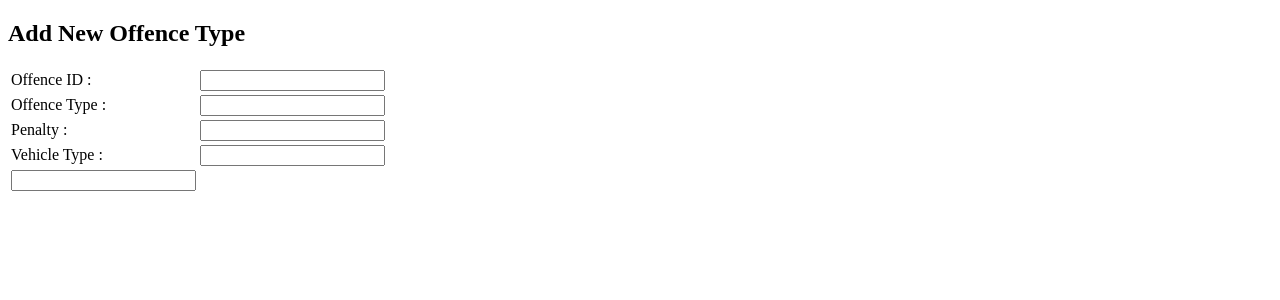
Repository: saurabhaahujaa/learning-java-springboot
Page: Hibernate-Spring-RESTFul-SpringBoot-Microservices/Workspace/Day-3-Spring-Restful-Workspace/SpringWS/Lesson06-UI-Spring-ORM/WebContent/AddNewOffenceType.html
An editor plug-in stored every save of this project. The page is shown before and after the next save, followed by the edit.
The browser window is 1280 px wide. The pictures show the whole page.

Above is the page before, as saved 2023-03-29 05:04:22.

### Hibernate-Spring-RESTFul-SpringBoot-Microservices/Workspace/Day-3-Spring-Restful-Workspace/SpringWS/Lesson06-UI-Spring-ORM/WebContent/AddNewOffenceType.html
<!DOCTYPE html>
<html>
<head>
<meta charset="ISO-8859-1">
<title>Insert title here</title>
</head>
<body>
	<h2> Add New Offence Type </h2>
	<form method="POST" action="">
	<table>
		<tr>
			<td> Offence ID : </td>
			<td> <input type="text" name="offenceId" /> </td>
		</tr>
		<tr>
			<td> Offence Type : </td>
			<td> <input type="text" name="offenceType" /> </td>
		</tr>
		<tr>
			<td> Penalty : </td>
			<td> <input type="text" name="penalty" /> </td>
		</tr>
		<tr>
			<td> Vehicle Type : </td>
			<td> <input type="text" name="vehicleType" /> </td>
		</tr>
		<tr>
			<td> <input type="text" name="offenceId" /> </td>
		</tr>


	</table>
		</form>
</body>
</html>

After the next save:
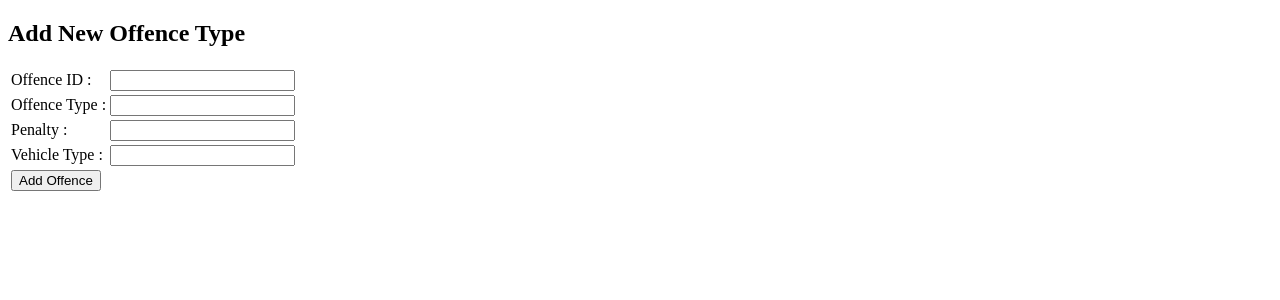
Saved 81 s later.
--- a/Hibernate-Spring-RESTFul-SpringBoot-Microservices/Workspace/Day-3-Spring-Restful-Workspace/SpringWS/Lesson06-UI-Spring-ORM/WebContent/AddNewOffenceType.html
+++ b/Hibernate-Spring-RESTFul-SpringBoot-Microservices/Workspace/Day-3-Spring-Restful-Workspace/SpringWS/Lesson06-UI-Spring-ORM/WebContent/AddNewOffenceType.html
@@ -5,31 +5,29 @@
 <title>Insert title here</title>
 </head>
 <body>
-	<h2> Add New Offence Type </h2>
+	<h2>Add New Offence Type</h2>
 	<form method="POST" action="">
-	<table>
-		<tr>
-			<td> Offence ID : </td>
-			<td> <input type="text" name="offenceId" /> </td>
-		</tr>
-		<tr>
-			<td> Offence Type : </td>
-			<td> <input type="text" name="offenceType" /> </td>
-		</tr>
-		<tr>
-			<td> Penalty : </td>
-			<td> <input type="text" name="penalty" /> </td>
-		</tr>
-		<tr>
-			<td> Vehicle Type : </td>
-			<td> <input type="text" name="vehicleType" /> </td>
-		</tr>
-		<tr>
-			<td> <input type="text" name="offenceId" /> </td>
-		</tr>
-
-
-	</table>
-		</form>
+		<table>
+			<tr>
+				<td>Offence ID :</td>
+				<td><input type="text" name="offenceId" /></td>
+			</tr>
+			<tr>
+				<td>Offence Type :</td>
+				<td><input type="text" name="offenceType" /></td>
+			</tr>
+			<tr>
+				<td>Penalty :</td>
+				<td><input type="text" name="penalty" /></td>
+			</tr>
+			<tr>
+				<td>Vehicle Type :</td>
+				<td><input type="text" name="vehicleType" /></td>
+			</tr>
+			<tr>
+				<td><input type="submit" value="Add Offence" /></td>
+			</tr>
+		</table>
+	</form>
 </body>
 </html>
